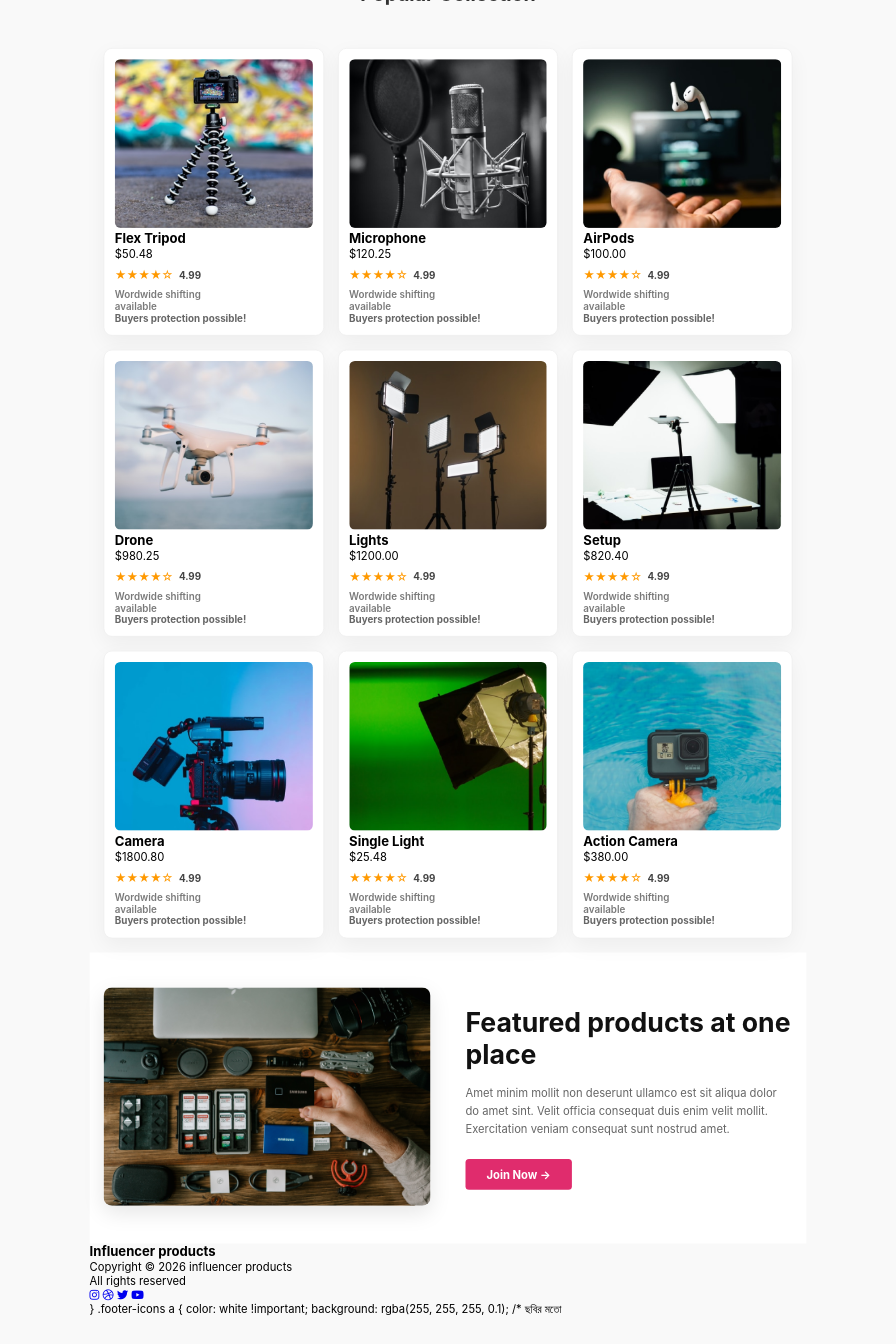
Repository: Saiful21Islam/Influencer-products
Page: it.html
These files come from the project's save history. The page is drawn as it stood at one moment and after the next save; the edit follows.
The browser window is 1280 px wide. The pictures show the part of the page from y = 951 to 2871 px (the page is 2871 px tall before and 2851 px after), at 70% of full size.

Above is the page before, as saved 2026-03-11 12:16:17.

### it.html
<!DOCTYPE html>
<html lang="en">

<head>
    <meta charset="UTF-8">
    <meta name="viewport" content="width=device-width, initial-scale=1.0">
    <title>Influencer Products</title>
    <link rel="stylesheet" href="style.css">
    <link rel="stylesheet" href="https://cdnjs.cloudflare.com/ajax/libs/font-awesome/6.0.0/css/all.min.css">
</head>
<style>
    * {
        margin: 0;
        padding: 0;
        box-sizing: border-box;
        font-family: 'Inter', sans-serif;
    }

    body {
        background-color: #f9f9f9;
        padding: 40px 10%;
    }

    .product-grid {
        display: grid;
        grid-template-columns: repeat(3, 1fr);
        gap: 30px;
    }

    .product-card {
        background: #fff;
        padding: 15px;
        border-radius: 12px;
        text-align: left;
        box-shadow: 0 10px 30px rgba(0, 0, 0, 0.05);
        transition: 0.3s;
    }

    .product-card:hover {
        transform: translateY(-5px);
    }

    .thumbnail {
        width: 100%;
        height: auto;
        border-radius: 8px;
        overflow: hidden;
        margin-bottom: 15px;
    }

    .thumbnail img {
        width: 100%;
        height: 100%;
        object-fit: cover;
    }

    .card-content h3 {
        font-size: 22px;
        color: #3A3A3A;
        margin-bottom: 5px;
    }

    .price {
        font-size: 20px;
        font-weight: 500;
        margin-bottom: 10px;
    }

    .rating {
        display: flex;
        align-items: center;
        gap: 5px;
        margin-bottom: 10px;
    }

    .rating i {
        color: #FF9800;
        font-size: 14px;
    }

    .rating-number {
        color: #787885;
        font-size: 14px;
    }

    .desc {
        color: #787885;
        font-size: 14px;
        line-height: 1.5;
    }

    @media (max-width: 768px) {
        .product-grid {

            grid-template-columns: repeat(1, 1fr);
        }
    }
</style>

<body>

    <nav class="navbar">
        <a href="#" class="logo">Influencer products</a>
        <ul class="nav-links">
            <li><a href="#">Home</a></li>
            <li><a href="#">Products</a></li>
            <li><a href="#">Sign up</a></li>
            <li><a href="#">Log In</a></li>
            <div class="nav-icons">
                <i class="fa-solid fa-magnifying-glass"></i>
                <div class="cart-icon"><i class="fa-solid fa-cart-shopping"></i><span class="cart-dot"></span></div>
            </div>
        </ul>
    </nav>

    <header class="hero">
        <div class="hero-content">
            <h1>Start your Journey as Influencer</h1>
            <p>Lorem ipsum dolor sit amet, consectetur adipiscing elit. Sem vestibulum sed scelerisque eros. Lectus
                faucibus.</p>
            <a href="#" class="btn-pink">Preebook now <i class="fa-solid fa-arrow-right"></i></a>
        </div>
        <div class="hero-image-container">
            <img src="images/Circle design.svg" alt="Circle Background" class="circle-image">

            <img src="images/main-camera.png" alt="Fujifilm Camera" class="camera-image">
        </div>
        </div>
        </div>
    </header>

    <section class="brand-section">
        <div class="logos-container">
            <img src="logos/Alibaba.svg" alt="Brands">
            <img src="logos/amazon.svg" alt="Brands">
            <img src="logos/Daraz.pk Logo.svg" alt="Brands">
            <img src="logos/ebay.svg" alt="Brands">
            <img src="logos/Rakuten.svg" alt="Brands">
            <img src="logos/Target.svg" alt="Brands">
            <img src="logos/Walmart.svg" alt="Brands">
        </div>
    </section>

    <section class="collection-section">
        <h2 class="title">Popular Collection</h2>
        <div class="product-container">
            <div class="product-card">
                <img src="images/tripod.png" alt="Tripod">
                <h3>Flex Tripod</h3>
                <p>$50.48</p>
                <div class="stars">
                    ★★★★☆ <span class="rating-num">4.99</span>
                </div>

                <p class="details">Wordwide shifting</p>
                <p class="details">available</p>
                <p class="details">Buyers protection possible!</p>
            </div>

            <div class="product-card">
                <img src="images/mic.png" alt="Microphone">
                <h3>Microphone</h3>
                <p>$120.25</p>
                <div class="stars">
                    ★★★★☆ <span class="rating-num">4.99</span>
                </div>

                <p class="details">Wordwide shifting</p>
                <p class="details">available</p>
                <p class="details">Buyers protection possible!</p>
            </div>

            <div class="product-card">
                <img src="images/airpod.png" alt="airpod">
                <h3>AirPods</h3>
                <p>$100.00</p>
                <div class="stars">
                    ★★★★☆ <span class="rating-num">4.99</span>
                </div>

                <p class="details">Wordwide shifting</p>
                <p class="details">available</p>
                <p class="details">Buyers protection possible!</p>
            </div>

            <div class="product-card">
                <img src="images/drone.png" alt="drone">
                <h3>Drone</h3>
                <p>$980.25</p>
                <div class="stars">
                    ★★★★☆ <span class="rating-num">4.99</span>
                </div>

                <p class="details">Wordwide shifting</p>
                <p class="details">available</p>
                <p class="details">Buyers protection possible!</p>
            </div>

            <div class="product-card">
                <img src="images/lights.png" alt="Lights">
                <h3>Lights</h3>
                <p>$1200.00</p>
                <div class="stars">
                    ★★★★☆ <span class="rating-num">4.99</span>
                </div>

                <p class="details">Wordwide shifting</p>
                <p class="details">available</p>
                <p class="details">Buyers protection possible!</p>
            </div>

            <div class="product-card">
                <img src="images/setup.png" alt="Setup">
                <h3>Setup</h3>
                <p>$820.40</p>
                <div class="stars">
                    ★★★★☆ <span class="rating-num">4.99</span>
                </div>

                <p class="details">Wordwide shifting</p>
                <p class="details">available</p>
                <p class="details">Buyers protection possible!</p>
            </div>

            <div class="product-card">
                <img src="images/camera.png" alt="Camera">
                <h3>Camera</h3>
                <p>$1800.80</p>
                <div class="stars">
                    ★★★★☆ <span class="rating-num">4.99</span>
                </div>

                <p class="details">Wordwide shifting</p>
                <p class="details">available</p>
                <p class="details">Buyers protection possible!</p>
            </div>

            <div class="product-card">
                <img src="images/single-light.png" alt="Single Light">
                <h3>Single Light</h3>
                <p>$25.48</p>
                <div class="stars">
                    ★★★★☆ <span class="rating-num">4.99</span>
                </div>

                <p class="details">Wordwide shifting</p>
                <p class="details">available</p>
                <p class="details">Buyers protection possible!</p>
            </div>

            <div class="product-card">
                <img src="images/action.png" alt="Action Camera">
                <h3>Action Camera</h3>
                <p>$380.00</p>
                <div class="stars">
                    ★★★★☆ <span class="rating-num">4.99</span>
                </div>

                <p class="details">Wordwide shifting</p>
                <p class="details">available</p>
                <p class="details">Buyers protection possible!</p>
            </div>

        </div>
    </section>
    </section>
    <section class="featured-section">
        <div class="featured-container">
            <div class="featured-image">
                <img src="images/gear.png" alt="Featured Gear">
            </div>

            <div class="featured-content">
                <h2>Featured products at one place</h2>
                <p>Amet minim mollit non deserunt ullamco est sit aliqua dolor do amet sint. Velit officia consequat
                    duis enim velit mollit. Exercitation veniam consequat sunt nostrud amet.</p>
                <a href="#" class="join-btn">Join Now &rarr;</a>
            </div>
        </div>
    </section>

    <footer class="simple-footer">
    <div class="footer-inner">
        <h3>Influencer products</h3>
        <p>Copyright © 2026 influencer products <br> All rights reserved</p>

        <div class="footer-icons">
            <a href="#"><i class="fa-brands fa-instagram"></i></a>
            <a href="#"><i class="fa-brands fa-dribbble"></i></a>
            <a href="#"><i class="fa-brands fa-twitter"></i></a>
            <a href="#"><i class="fa-brands fa-youtube"></i></a>
        </div>
    </div>
</footer>


    }

    .footer-icons a {
        color: white !important;
        background: rgba(255, 255, 255, 0.1); /* ছবির মতো
</body>

</html>

### style.css
.hero {
    display: flex;
    align-items: center;
    justify-content: space-around;
    padding: 50px 10%;
    background-color: #fff;
    min-height: 80vh;
    flex-wrap: wrap;
}

.hero-content {
    flex: 1;
    min-width: 300px;
}

.hero-content h1 {
    font-size: 52px;
    line-height: 1.2;
    margin-bottom: 20px;
    color: #3A3A3A;
}

.hero-content p {
    font-size: 16px;
    color: #6C6C6C;
    margin-bottom: 30px;
    max-width: 450px;
}

.btn-pink {
    background-color: #E02C6D;
    color: white;
    padding: 12px 25px;
    text-decoration: none;
    border-radius: 50px;
    font-weight: bold;
    display: inline-block;
}

.hero-image-container {
    flex: 1;
    position: relative;
    display: flex;
    justify-content: center;
    align-items: center;
    min-width: 300px;
}

.camera-image {
    width: 100%;
    max-width: 450px;
    position: relative;
    z-index: 2;
}

.circle-image {
    position: absolute;
    width: 110%;
    z-index: 1;
}

@media (max-width: 768px) {
    .hero {
        flex-direction: column-reverse;
        text-align: center;
        padding: 30px 5%;
    }
    .hero-content {
        margin-top: 30px;
    }
    .hero-content h1 {
        font-size: 32px;
    }
    .hero-image-container {
        width: 100%;
    }
    .camera-image {
        max-width: 300px;
    }
}
{
    margin: 0;
    padding: 0;
    box-sizing: border-box;
    font-family: 'Inter', sans-serif;
}

/* Navbar */
.navbar {
    display: flex;
    justify-content: space-between;
    padding: 20px 10%;
    align-items: center;
}
.logo { font-size: 24px; font-weight: bold; color: #3A3A3A; text-decoration: none; }
.nav-links { display: flex; list-style: none; align-items: center; }
.nav-links li { margin-left: 25px; }
.nav-links a { text-decoration: none; color: #3A3A3A; font-weight: 500; }
.nav-icons { display: flex; margin-left: 20px; gap: 20px; font-size: 18px; }

/* Hero */
.hero {
    display: flex;
    padding: 50px 10%;
    align-items: center;
}
.hero-content h1 { font-size: 52px; color: #3A3A3A; margin-bottom: 15px; }
.btn-pink {
    background: #E02C6D;
    color: white;
    padding: 10px 25px;
    border-radius: 50px;
    text-decoration: none;
    display: inline-block;
    margin-top: 20px;
}
.hero-image img { width: 400px; }

/* Brands */
.brand-section {
    padding: 40px 10%;
    border-top: 1px solid #eee;
    border-bottom: 1px solid #eee;
    margin: 50px 0;
}

.logos-container {
    display: flex;
    justify-content: space-between;
    align-items: center;
    flex-wrap: wrap;
}

.logos-container img {
    height: 35px;
    width: auto;
}

.hero-image-container {
    position: relative;
    width: 500px;
    height: 500px;
    display: flex;
    justify-content: center;
    align-items: center;
}

.circle-image {
    position: absolute;
    width: 450px;
    height: auto;
    z-index: 1;
    opacity: 0.8;
}
.camera-image {
    position: relative;
    width: 100%;
    max-width: 480px;
    z-index: 2;
    filter: drop-shadow(0 20px 30px rgba(0,0,0,0.1));
}

.product-container {
  display: flex;
  flex-wrap: wrap;
  gap: 20px;
  justify-content: center;
  padding: 20px;
}

.product-card {
  flex: 1 1 310px;
  max-width: 350px;
  background: #fff;
  border: 1px solid #eee;
  border-radius: 12px;
  padding: 15px;
  box-shadow: 0 5px 15px rgba(0,0,0,0.05);
  transition: transform 0.3s ease;
}

.product-card:hover {
  transform: translateY(-5px);
}

.product-card img {
  width: 100%;
  height: auto;
  border-radius: 8px;
}

@media (max-width: 768px) {
  .product-container {
    gap: 15px;
    padding: 10px;
  }
}

@media (max-width: 480px) {
  .product-card {
    flex: 1 1 100%;
    max-width: 100%;
    margin: 0 auto;
  }
}

.stars {
    display: flex;
    align-items: center;
    color: #FF9900;
    font-size: 16px;
    margin: 10px 0;
}

.star-half {
    position: relative;
    display: inline-block;
    color: #ccc;
}

.star-half::after {
    content: '★';
    position: absolute;
    left: 0;
    top: 0;
    width: 50%;
    overflow: hidden;
    color: #FF9900;
}

.rating-num {
    color: #444;
    font-size: 14px;
    font-weight: bold;
    margin-left: 8px;
}

.details {
    font-size: 14px;
    color: #7a7a7a;
    margin: 0;
    line-height: 1.2;
    font-weight: 600;
}

.details:last-child {
    font-weight: 700;
    color: #666;
}

.title {
    text-align: center;
    font-size: 28px;
    font-weight: 700;
    color: #333;
    margin-bottom: 40px;
}

.featured-section {
    padding: 50px 20px;
    background-color: #fff;
}

.featured-container {
    max-width: 1100px;
    margin: 0 auto;
    display: flex;
    align-items: center;
    gap: 50px;

.featured-image {
    flex: 1;
}

.featured-image img {
    width: 100%;
    border-radius: 12px;
    box-shadow: 0 10px 30px rgba(0,0,0,0.1);
}

.featured-content {
    flex: 1;
}

.featured-content h2 {
    font-size: 38px;
    color: #111;
    margin-bottom: 20px;
}

.featured-content p {
    font-size: 16px;
    color: #666;
    line-height: 1.6;
    margin-bottom: 30px;
}

.join-btn {
    display: inline-block;
    background-color: #E02C6D;
    color: white;
    padding: 12px 30px;
    text-decoration: none;
    font-weight: bold;
    border-radius: 5px;
    transition: 0.3s;
}

.join-btn:hover {
    background-color: #c2255c;
}

@media (max-width: 768px) {
    .featured-container {
        flex-direction: column;
        text-align: center;
        gap: 30px;
    }
    .featured-content h2 {
        font-size: 28px;
    }
}

After the next save:
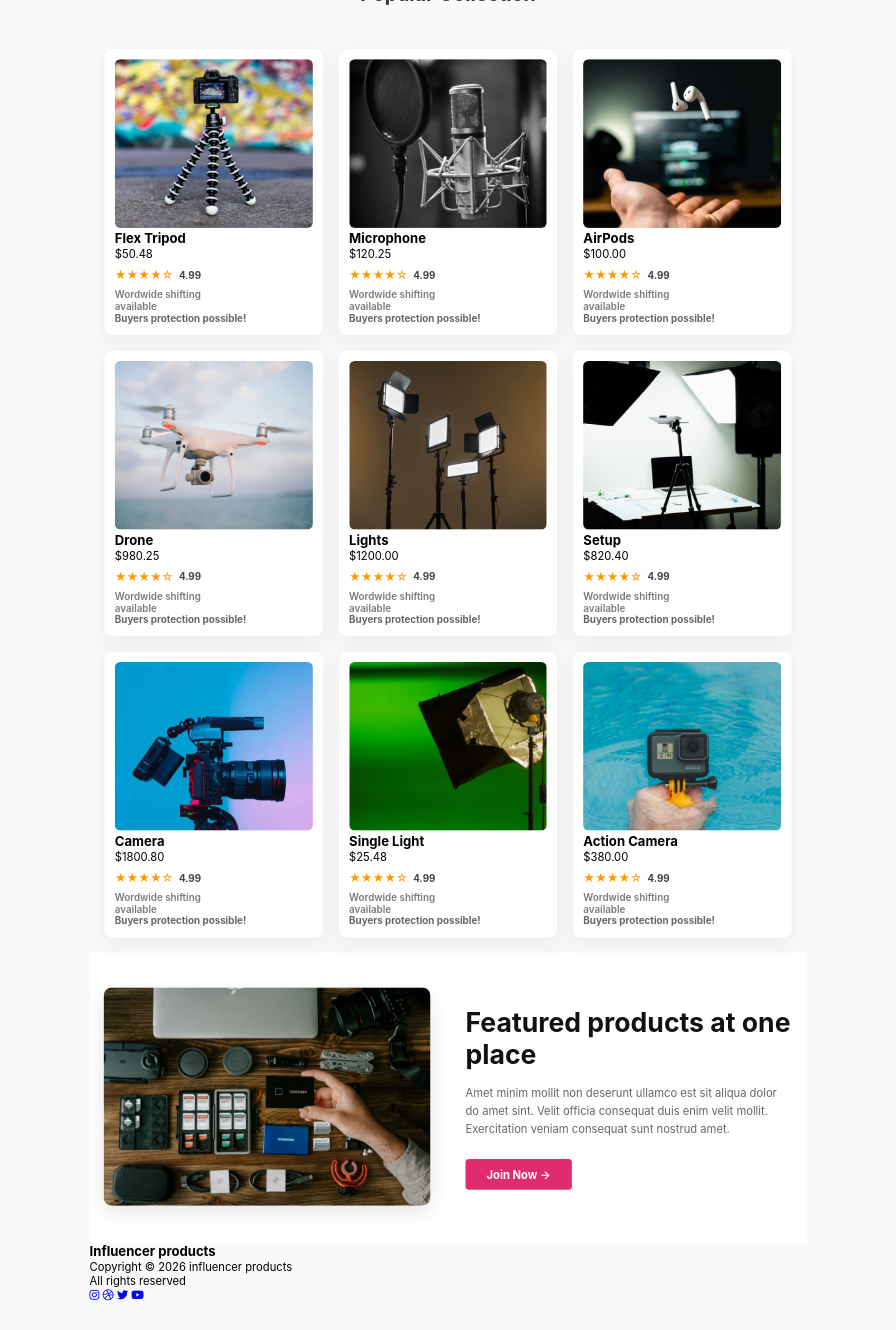
Saved 5 s later.
--- a/it.html
+++ b/it.html
@@ -292,13 +292,6 @@
         </div>
     </div>
 </footer>
-
-
-    }
-
-    .footer-icons a {
-        color: white !important;
-        background: rgba(255, 255, 255, 0.1); /* ছবির মতো
 </body>
 
 </html>
